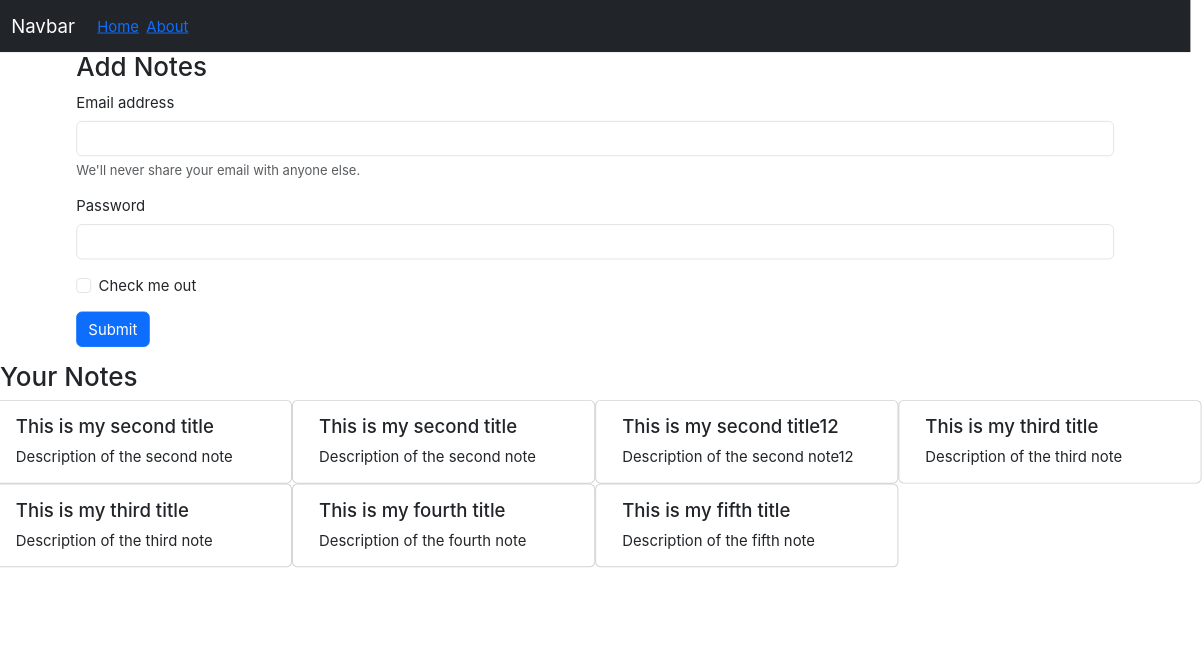
Repository: alphacode77/DailyNotes-react
Page: /
An editor plug-in stored every save of this project. The page is shown before and after the next save, followed by the edit.
The browser window is 1280 px wide. The page is 1292 px wide, so the pictures cover 1292 px, including what lies to the right of the window. The pictures show the whole page, at 93% of full size.
Some web libraries are served in a nearby version. The project was rebuilt for these pictures with package versions that can differ from the ones it lists, and the page was loaded fresh each time. Also part of the build but not shown: src/App.css, src/components/About.js.

Above is the page before, as saved 2023-02-28 16:42:26.

### public/index.html
<!DOCTYPE html>
<html lang="en">
  <head>
    <meta charset="utf-8" />
    <link rel="icon" href="%PUBLIC_URL%/favicon.ico" />
    <meta name="viewport" content="width=device-width, initial-scale=1" />
    <meta name="theme-color" content="#000000" />
    <meta
      name="description"
      content="Web site created using create-react-app"
    />
    <link rel="apple-touch-icon" href="%PUBLIC_URL%/logo192.png" />
    <!--
      manifest.json provides metadata used when your web app is installed on a
      user's mobile device or desktop. See https://developers.google.com/web/fundamentals/web-app-manifest/
    -->
    <link rel="manifest" href="%PUBLIC_URL%/manifest.json" />
    <!--
      Notice the use of %PUBLIC_URL% in the tags above.
      It will be replaced with the URL of the `public` folder during the build.
      Only files inside the `public` folder can be referenced from the HTML.

      Unlike "/favicon.ico" or "favicon.ico", "%PUBLIC_URL%/favicon.ico" will
      work correctly both with client-side routing and a non-root public URL.
      Learn how to configure a non-root public URL by running `npm run build`.
    -->
    <link href="https://cdn.jsdelivr.net/npm/bootstrap@5.3.0-alpha1/dist/css/bootstrap.min.css" rel="stylesheet" integrity="sha384-GLhlTQ8iRABdZLl6O3oVMWSktQOp6b7In1Zl3/Jr59b6EGGoI1aFkw7cmDA6j6gD" crossorigin="anonymous">
    <title>React App</title>
  </head>
  <body>
    <noscript>You need to enable JavaScript to run this app.</noscript>
    <div id="root"></div>
    <!--
      This HTML file is a template.
      If you open it directly in the browser, you will see an empty page.

      You can add webfonts, meta tags, or analytics to this file.
      The build step will place the bundled scripts into the <body> tag.

      To begin the development, run `npm start` or `yarn start`.
      To create a production bundle, use `npm run build` or `yarn build`.
    -->
    <script src="https://cdn.jsdelivr.net/npm/bootstrap@5.3.0-alpha1/dist/js/bootstrap.bundle.min.js" integrity="sha384-w76AqPfDkMBDXo30jS1Sgez6pr3x5MlQ1ZAGC+nuZB+EYdgRZgiwxhTBTkF7CXvN" crossorigin="anonymous"></script>
    <script src="https://kit.fontawesome.com/320aa9be75.js" crossorigin="anonymous"></script>
  </body>
</html>

### src/index.css
body {
  margin: 0;
  font-family: -apple-system, BlinkMacSystemFont, 'Segoe UI', 'Roboto', 'Oxygen',
    'Ubuntu', 'Cantarell', 'Fira Sans', 'Droid Sans', 'Helvetica Neue',
    sans-serif;
  -webkit-font-smoothing: antialiased;
  -moz-osx-font-smoothing: grayscale;
}

code {
  font-family: source-code-pro, Menlo, Monaco, Consolas, 'Courier New',
    monospace;
}


/* Custom Styles */
i{
  cursor: pointer;
}

### src/App.js
import './App.css';
import Navbar from './components/Navbar';
import Home from './components/Home';
import About from './components/About';
import NoteState from './Context/Notes/NoteState';
import {
  BrowserRouter as Router,
  Route,
  Routes
} from "react-router-dom";

function App() {
  return (
    <>
    <NoteState>


    <Router>
    <Navbar/>
    <Routes>
      <Route exact path="/" element={<Home/>} />
      <Route exact path="/about" element={<About/>} />
      {/* <Route exactPath="/navbar" element={<Navbar/>} /> */}
    </Routes>
  </Router>
  </NoteState>

    </>

  );
}

export default App;

### src/components/Navbar.js
import React, { useEffect }  from 'react'
import { Link,useLocation } from 'react-router-dom'

const Navbar = ()=>{
  let location = useLocation();
  useEffect(()=>{

  },[location])
    return (
     <>
     <nav className="navbar navbar-expand-lg bg-dark navbar-dark">
  <div className="container-fluid">
    <Link className="navbar-brand" to="/">Navbar</Link>
    <button className="navbar-toggler" type="button" data-bs-toggle="collapse" data-bs-target="#navbarSupportedContent" aria-controls="navbarSupportedContent" aria-expanded="false" aria-label="Toggle navigation">
      <span className="navbar-toggler-icon"></span>
    </button>
    <div className="collapse navbar-collapse" id="navbarSupportedContent">
      <ul className="navbar-nav me-auto mb-2 mb-lg-0">
        <li className="nav-item mx-2">
          <Link className={`"nav-link" ${location.pathname==="/"?"active":""}`} aria-current="page" to="/">Home</Link>
        </li>
        <li className="nav-item">
          <Link className={`"nav-link" ${location.pathname==="/about"?"active":""}`} to="/about">About</Link>
        </li>
      </ul>

    </div>
  </div>
</nav>
     </>
    )
}

export default Navbar

### src/components/Home.js
import React from "react"
import Notes from "./Notes"

const Home =()=>{

    return(
        <>
        <div className="container">
        <h3>Add Notes</h3>
        <form>
  <div className="mb-3 ">
    <label for="exampleInputEmail1" className="form-label">Email address</label>
    <input type="email" className="form-control" id="exampleInputEmail1" aria-describedby="emailHelp"/>
    <div id="emailHelp" className="form-text">We'll never share your email with anyone else.</div>
  </div>
  <div className="mb-3">
    <label for="exampleInputPassword1" className="form-label">Password</label>
    <input type="password" className="form-control" id="exampleInputPassword1"/>
  </div>
  <div className="mb-3 form-check">
    <input type="checkbox" className="form-check-input" id="exampleCheck1"/>
    <label className="form-check-label" for="exampleCheck1">Check me out</label>
  </div>
  <button type="submit" className="btn btn-primary">Submit</button>
</form>
</div>
<Notes/>
        </>
    )
}

export default Home

### src/Context/Notes/NoteState.js
import React, { useState } from "react";
import NoteContext from "./NoteContext"


const NoteState = (props) => {

  const initalNotes = [
    {
      "_id": "63f3b6c17c6863985aada677be",
      "user": "63f20b9a00ad623ad3d4dae2",
      "title": "This is my second title",
      "description": "Description of the second note",
      "tag": "demo check",
      "date": "2023-02-20T18:07:03.296Z",
      "__v": 0
    },
    {
      "_id": "63f3b892a233086ff244bcc267",
      "user": "63f20b9a00ad623ad3d4dae2",
      "title": "This is my second title",
      "description": "Description of the second note",
      "tag": "demo check",
      "date": "2023-02-20T18:14:42.184Z",
      "__v": 0
    },
    {
      "_id": "63f3b89ca324086ff244bcc26b",
      "user": "63f20b9a00ad623ad3d4dae2",
      "title": "This is my second title12",
      "description": "Description of the second note12",
      "tag": "demo check",
      "date": "2023-02-20T18:14:52.449Z",
      "__v": 0
    },
    {
      "_id": "63f49f588821556f0ed94969e",
      "user": "63f20b9a00ad623ad3d4dae2",
      "title": "This is my third title",
      "description": "Description of the third note",
      "tag": "personal",
      "date": "2023-02-21T10:39:20.800Z",
      "__v": 0
    },
    {
      "_id": "63f49f5888215665f0ed94969e",
      "user": "63f20b9a00ad623ad3d4dae2",
      "title": "This is my third title",
      "description": "Description of the third note",
      "tag": "personal",
      "date": "2023-02-21T10:39:20.800Z",
      "__v": 0
    },
    {
      "_id": "63f900232ae5c6479c6e95d43e",
      "user": "63f20b9a00ad623ad3d4dae2",
      "title": "This is my fourth title",
      "description": "Description of the fourth note",
      "tag": "personal",
      "date": "2023-02-24T18:21:30.036Z",
      "__v": 0
    },
    {
      "_id": "63f90b33480d38d651f2ba231",
      "user": "63f20b9a00ad623ad3d4dae2",
      "title": "This is my fifth title",
      "description": "Description of the fifth note",
      "tag": "personal",
      "date": "2023-02-24T19:08:35.605Z",
      "__v": 0
    }
  ]
  const [notes, setNotes] = useState(initalNotes)

  //Add Notes
  const addNote = (title, description, tag) => {
    let note = {
      "_id": "63f90022ae5c6479c6e95d43e",
      "user": "63f20b9a00ad623ad3d4dae2",
      "title": title,
      "description": description,
      "tag": tag,
      "date": "2023-02-24T18:21:30.036Z",
      "__v": 0
    }
    setNotes(notes.concat(note))
  }

  //Delete Notes
  const deleteNote = () => {

  }

  //Update Notes
  const updateNote = () => {

  }
  return (
    <NoteContext.Provider value={{ notes, setNotes, addNote, deleteNote, updateNote }}>
      {props.children}
    </NoteContext.Provider>

  )
}

export default NoteState;

### src/components/Notes.js
import React,{ useContext } from 'react'
import NoteContext from "../Context/Notes/NoteContext"
import Noteitem from './Noteitem';

function Notes() {
  const context = useContext(NoteContext);
  const{notes,setNotes} = context
  return (
  <>
  <div className="row my-3">
  <h3>Your Notes</h3>
  {notes.map((note)=>{
    return <Noteitem  note={note} />
  })}
</div>
  </>
  )
}

export default Notes

### src/Context/Notes/NoteContext.js
import {createContext} from 'react'

const NoteContext = createContext();

export default NoteContext;

### src/components/Noteitem.js
import React from 'react'

const Noteitem = (props) => {
  const { note } = props
  return (
    <>

        <div className="card col-md-3">
          <div className="card-body">
            <h5 className="card-title">{note.title}</h5>
            <p className="card-text">{note.description}</p>
          </div>
        </div>

    </>
  )
}

export default Noteitem

Loaded but not shown: src/index.js (common file)

After the next save:
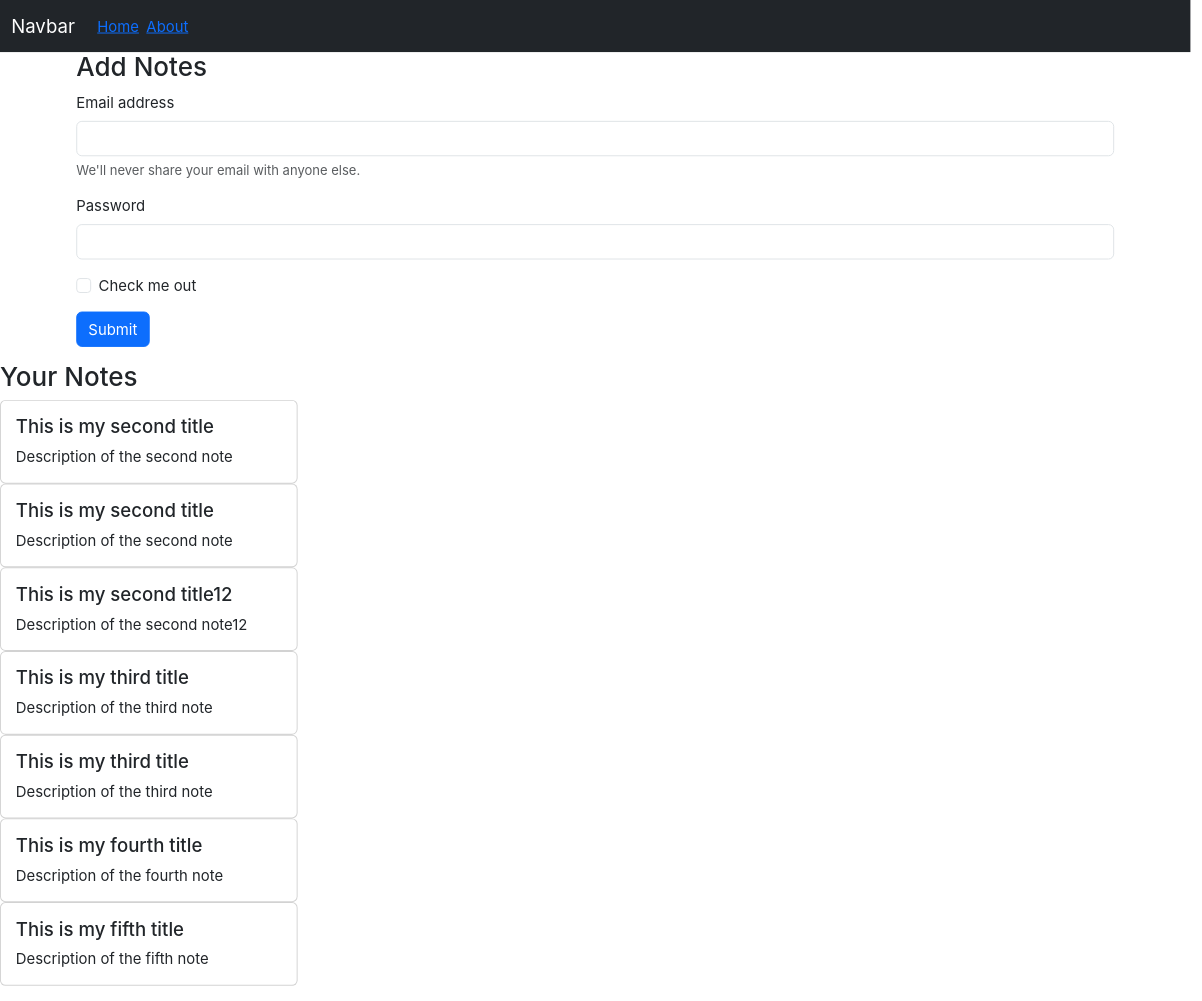
Saved 38 s later.
--- a/src/components/Noteitem.js
+++ b/src/components/Noteitem.js
@@ -4,6 +4,7 @@ const Noteitem = (props) => {
   const { note } = props
   return (
     <>
+      <div className='container'>
 
         <div className="card col-md-3">
           <div className="card-body">
@@ -11,6 +12,7 @@ const Noteitem = (props) => {
             <p className="card-text">{note.description}</p>
           </div>
         </div>
+      </div>
 
     </>
   )
